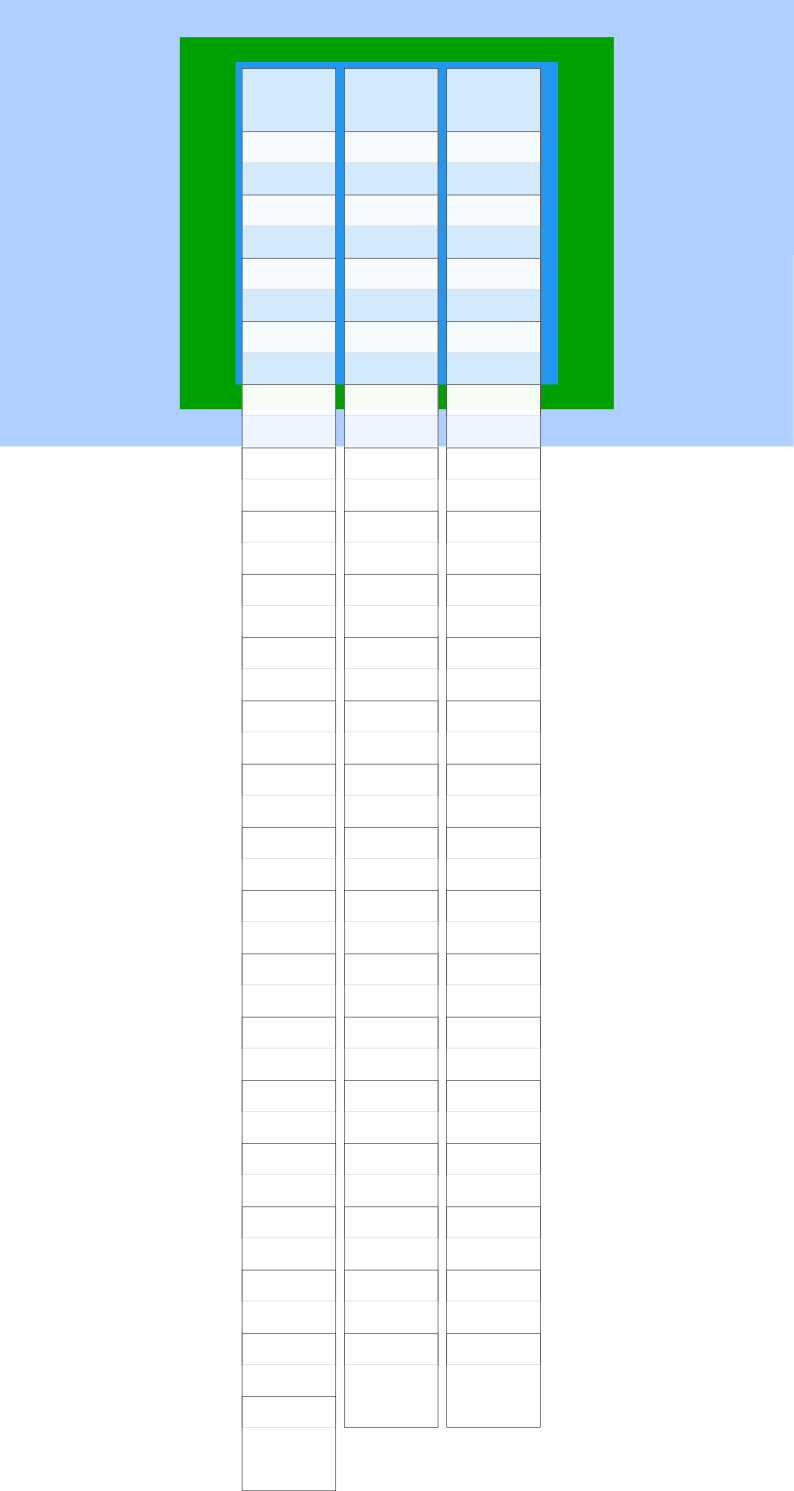
Repository: eliaoucohen72/react-reversi
Page: /
The author's editor kept a copy of each file at every save. The page is drawn from the files as they stood at one save, then again after the next save.
The browser window is 1280 px wide. The pictures show the whole page, at 62% of full size.
The project was rebuilt for these pictures with package versions that can differ from the ones it lists, and the page was loaded fresh each time. Also part of the build but not shown: vite.config.ts.

Above is the page before, as saved 2024-08-26 12:48:49.

### src/App.tsx
import "./App.css";

function App() {
  const returnBoard = () => {
    return Array.from({ length: 64 }, (x, i) => {
      return <div className="grid-item">{x}</div>;
    });
  };

  return (
    <div
      style={{
        width: "100vw",
        height: "100vh",
        backgroundColor: "#afcffe",
        position: "relative",
      }}
    >
      <div
        style={{
          position: "absolute",
          width: "700px",
          height: "600px",
          backgroundColor: "#00a000",
          top: "50%",
          left: "50%",
          transform: "translate(-50%, -50%)",
          display: "flex",
          alignItems: "center",
          justifyContent: "center",
        }}
      >
        <div className="grid-container">{returnBoard()}</div>
      </div>
    </div>
  );
}

export default App;

### src/App.css
.grid-container {
  display: grid;
  grid-template-columns: 33% 33% 33%;
  background-color: #2196f3;
  padding: 10px;
  width: 500px;
  height: 500px;
}
.grid-item {
  background-color: rgba(255, 255, 255, 0.8);
  border: 1px solid rgba(0, 0, 0, 0.8);
  padding: 50px;
  font-size: 50px;
  text-align: center;
  width: 50px;
  height: 50%;
}

Loaded but not shown: index.html (common file); src/main.tsx (common file); src/index.css (common file)

After the next save:
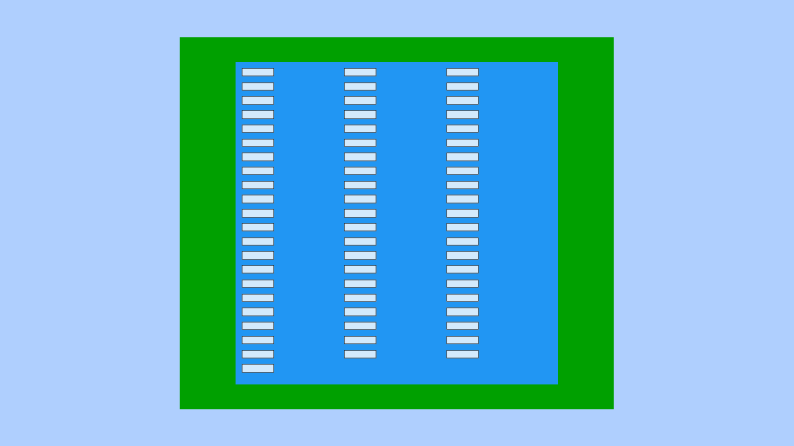
Saved 8 s later.
--- a/src/App.css
+++ b/src/App.css
@@ -9,8 +9,6 @@
 .grid-item {
   background-color: rgba(255, 255, 255, 0.8);
   border: 1px solid rgba(0, 0, 0, 0.8);
-  padding: 50px;
-  font-size: 50px;
   text-align: center;
   width: 50px;
   height: 50%;
